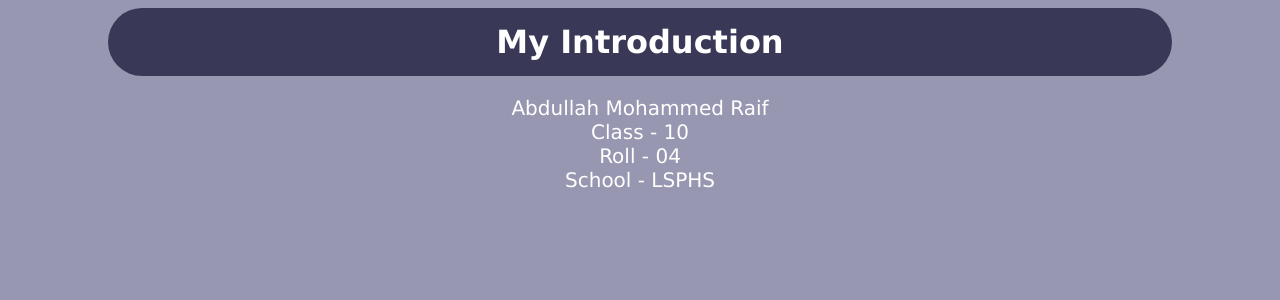
Repository: Raif-007/Portfolio
Page: index.html
An editor plug-in stored every save of this project. The page is shown before and after the next save, followed by the edit.
The browser window is 1280 px wide. The pictures show the whole page.

Above is the page before, as saved 2021-07-05 17:11:41.

After the next save:
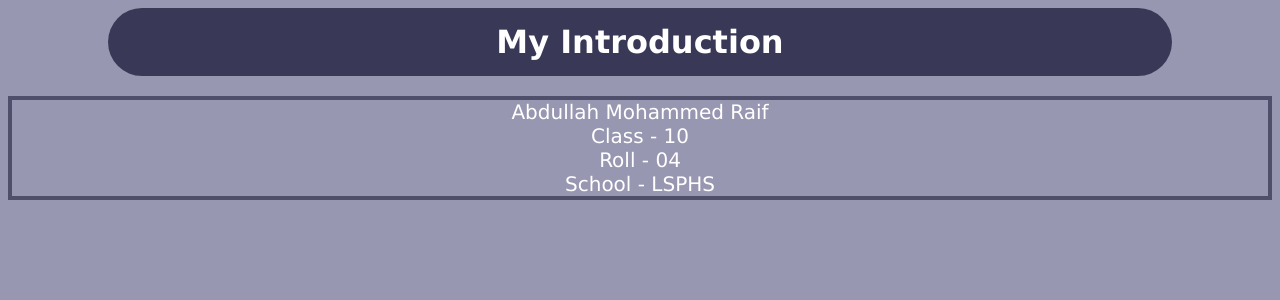
Saved 13 s later.
--- a/styles.css
+++ b/styles.css
@@ -14,5 +14,5 @@
 
 p {
     font-size: 20px;
-    border: 4 px solid rgba(25, 25, 56, 0.568)
+    border: 4px solid rgba(25, 25, 56, 0.568);
 }
